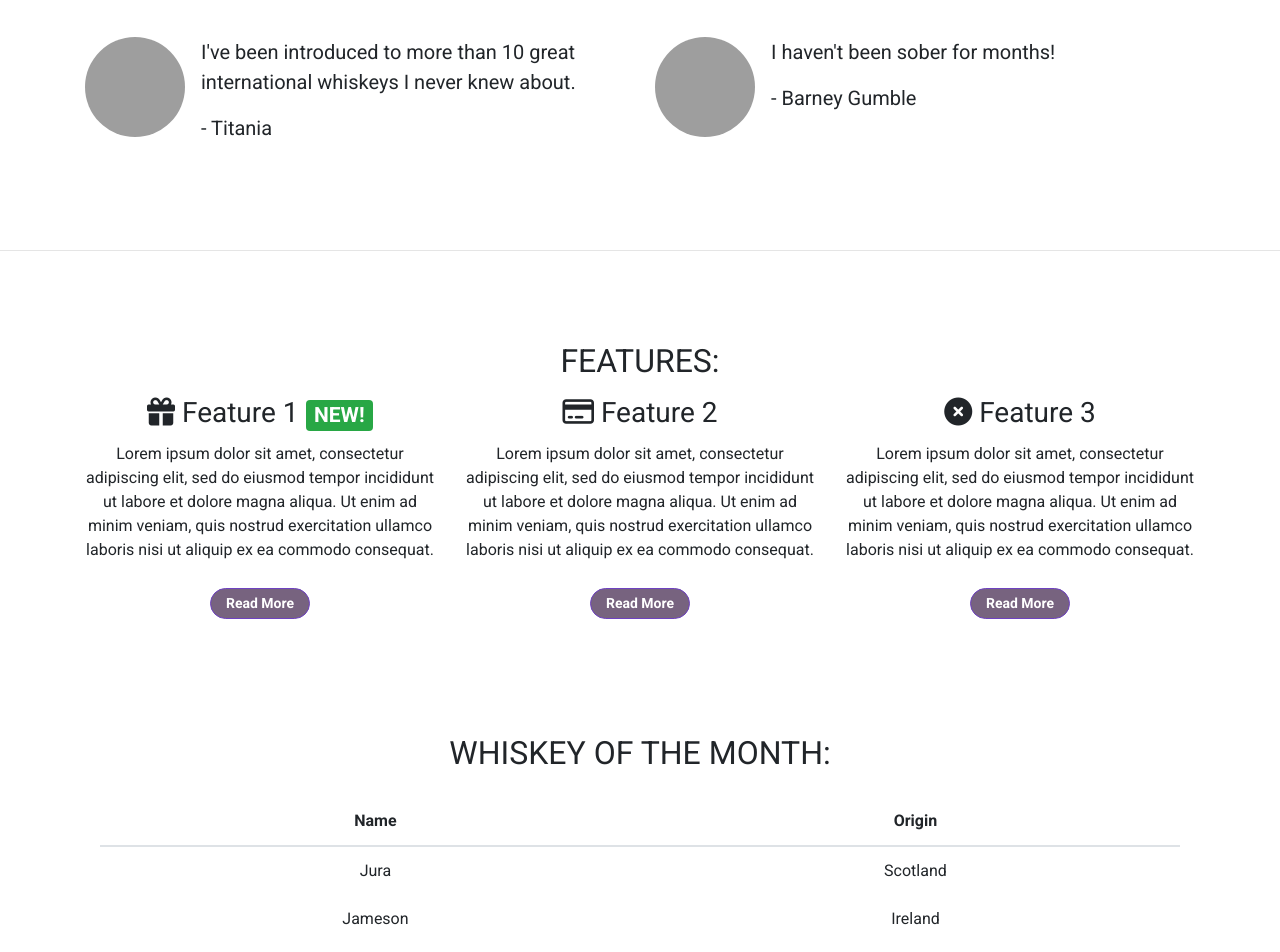
Repository: cipsim/bootstrap2.0
Page: index.html
The author's editor kept a record of every edit. The page is drawn from the files as they stood at one moment, then again after the next edit.
The browser window is 1280 px wide. The pictures show the part of the page from y = 891 to 1843 px (the page is 1994 px tall before and 1998 px after).
Pictures or frames that could not be fetched are drawn as grey boxes. Backgrounds fixed to the window are drawn as part of the page. Some web libraries are served in a nearby version.

Above is the page before.

After the next edit:
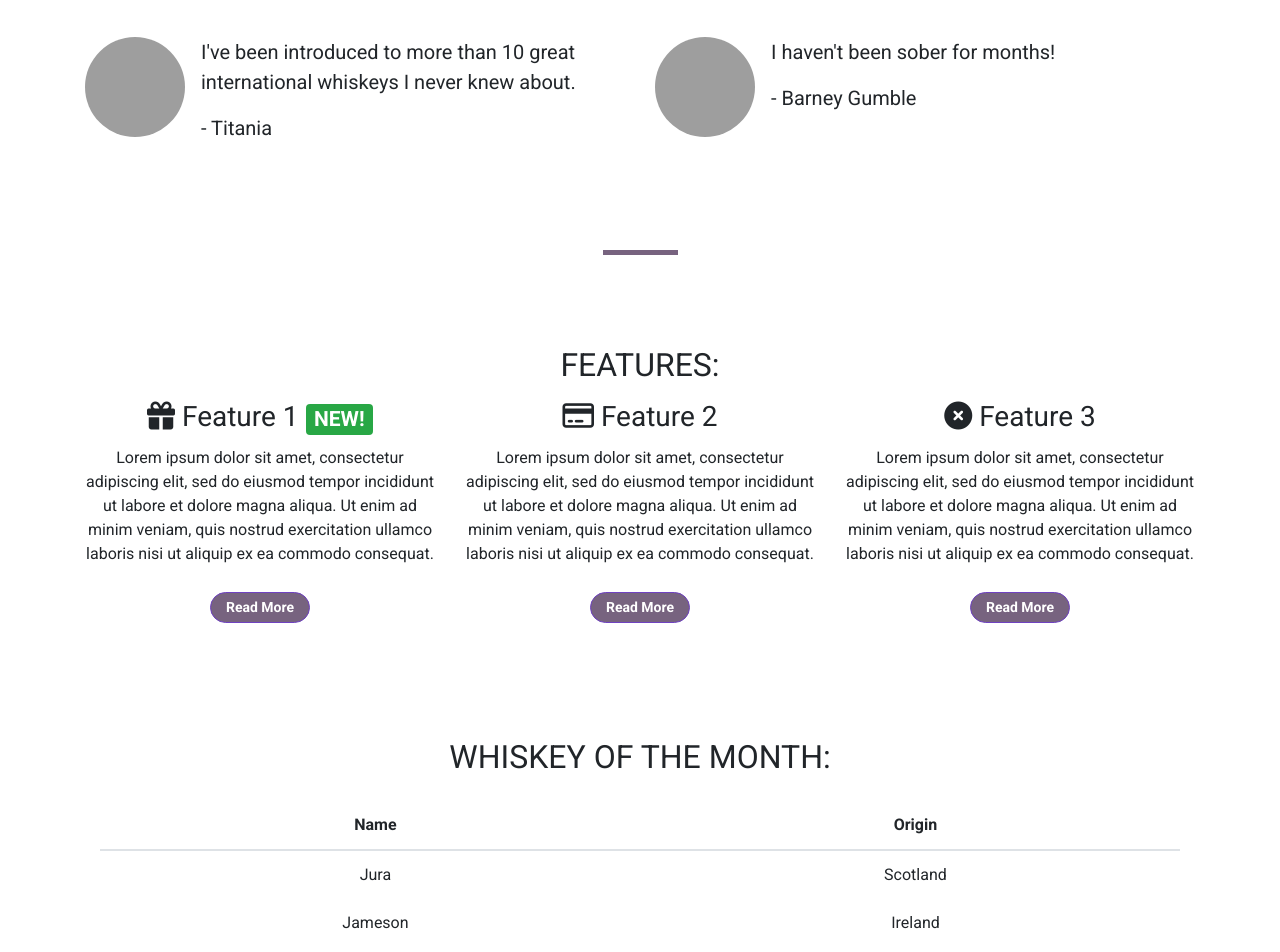
The edit:
--- a/index.html
+++ b/index.html
@@ -115,7 +115,7 @@
     </div>
 
     <!-- /.quotes -->
-    <hr>
+    <hr class="block-divider">
 
     <!-- Features -->
     <div class="container features-container content-container">
